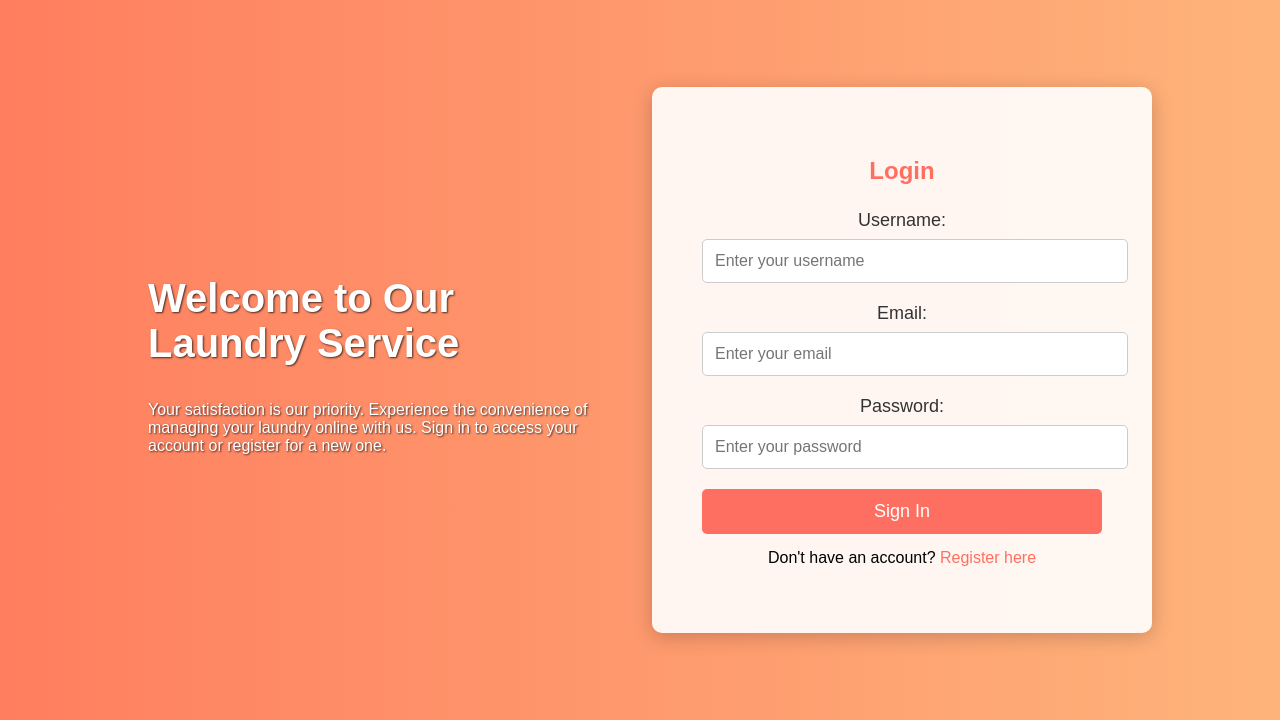
Repository: wmrmweerakoon/Online-Laundry-Management-System
Page: http://localhost/LaundryManagementSystem/Login.jsp
An editor plug-in stored every save of this project. The page is shown before and after the next save, followed by the edit.
The browser window is 1280 px wide. The pictures show the whole page.
The page is served by Tomcat 9. Other server files are loaded and not shown.

Above is the page before, as saved 2024-10-07 08:10:04.

### Projects/LaundryManagementSystem/src/main/webapp/Login.jsp
<%@ page language="java" contentType="text/html; charset=UTF-8" pageEncoding="UTF-8"%>
<!DOCTYPE html>
<html lang="en">
<head>
    <meta charset="UTF-8">
    <meta name="viewport" content="width=device-width, initial-scale=1.0">
    <title>Login - Online Laundry Management System</title>
    <link rel="stylesheet" href="CSS/Login.css">
</head>
<body>
    <div class="login-background">
        <div class="content-container">
            <div class="text-content">
                <h1>Welcome to Our Laundry Service</h1>
                <p>Your satisfaction is our priority. Experience the convenience of managing your laundry online with us. Sign in to access your account or register for a new one.</p>
            </div>
            <div class="login-container">
                <h2>Login</h2>

                <%-- Display error message if exists --%>
                <div style="text-align: center; margin-bottom: 10px;">
                    <%
                        String errorMessage = (String) request.getAttribute("errorMessage");
                        if (errorMessage != null) {
                    %>
                        <div style="color: red; font-weight: bold;">
                            <%= errorMessage %>
                        </div>
                    <%
                        }
                    %>
                </div>

                <form id="loginForm" action="LoginServlet" method="POST" onsubmit="return validateForm()">
                    <div class="form-group">
                        <label for="username">Username:</label>
                        <input type="text" id="username" name="username" placeholder="Enter your username">
                        <span class="error" id="usernameError"></span>
                    </div>
                    <div class="form-group">
                        <label for="email">Email:</label>
                        <input type="email" id="email" name="email" placeholder="Enter your email">
                        <span class="error" id="emailError"></span>
                    </div>
                    <div class="form-group">
                        <label for="password">Password:</label>
                        <input type="password" id="password" name="password" placeholder="Enter your password">
                        <span class="error" id="passwordError"></span>
                    </div>
                    <button type="submit">Sign In</button>
                </form>
                <p>Don't have an account? <a href="Register.jsp">Register here</a></p>
            </div>
        </div>
    </div>

    <script>
        function validateForm() {
            let isValid = true;

            // Get form fields
            const username = document.getElementById('username').value.trim();
            const email = document.getElementById('email').value.trim();
            const password = document.getElementById('password').value.trim();

            // Get error message spans
            const usernameError = document.getElementById('usernameError');
            const emailError = document.getElementById('emailError');
            const passwordError = document.getElementById('passwordError');

            // Clear previous error messages
            usernameError.textContent = '';
            emailError.textContent = '';
            passwordError.textContent = '';

            // Username validation
            if (username === '') {
                usernameError.textContent = 'Username is required.';
                isValid = false;
            }

            // Email validation
            const emailPattern = /^[^ ]+@[^ ]+\.[a-z]{2,3}$/;
            if (email === '') {
                emailError.textContent = 'Email is required.';
                isValid = false;
            } else if (!email.match(emailPattern)) {
                emailError.textContent = 'Enter a valid email address.';
                isValid = false;
            }

            // Password validation
            if (password === '') {
                passwordError.textContent = 'Password is required.';
                isValid = false;
            }

            return isValid;
        }
    </script>
</body>
</html>

### Projects/LaundryManagementSystem/src/main/webapp/CSS/Login.css
body {
    font-family: 'Arial', sans-serif;
    margin: 0;
    padding: 0;
}

.login-background {
    background: linear-gradient(to right, #ff7e5f, #feb47b); /* Colorful gradient */
    display: flex;
    justify-content: center;
    align-items: center;
    height: 100vh;
    position: relative;
}

.content-container {
    display: flex;
    width: 80%; /* Adjust as needed */
    max-width: 1200px; /* Optional max width */
}

.text-content {
    flex: 1; /* Take up remaining space */
    color: #fff; /* Text color for better visibility */
    padding: 20px; /* Padding around text */
    display: flex;
    flex-direction: column;
    justify-content: center; /* Center vertically */
    text-shadow: 1px 1px 2px rgba(0, 0, 0, 0.7); /* Subtle shadow for better visibility */
}

h1 {
    font-size: 2.5em;
    margin-bottom: 20px;
}

.login-container {
    background-color: rgba(255, 255, 255, 0.9); /* Slightly transparent for a modern look */
    padding: 50px;
    border-radius: 10px;
    box-shadow: 0 4px 20px rgba(0, 0, 0, 0.2);
    width: 400px;
    margin-left: 20px; /* Space between text and login form */
    text-align: center; /* Center content */
}

h2 {
    color: #ff6f61;
    margin-bottom: 25px;
}

.form-group {
    margin-bottom: 20px;
}

label {
    font-size: 18px;
    color: #333;
}

input[type="text"],
input[type="email"],
input[type="password"] {
    width: 100%;
    padding: 12px;
    margin-top: 8px;
    border: 1px solid #ccc;
    border-radius: 5px;
    font-size: 16px;
    transition: border-color 0.3s;
}

input:focus {
    border-color: #ff6f61; /* Highlight border color on focus */
}

button {
    width: 100%;
    padding: 12px;
    background-color: #ff6f61;
    color: #fff;
    border: none;
    border-radius: 5px;
    font-size: 18px;
    cursor: pointer;
    transition: background-color 0.3s;
}

button:hover {
    background-color: #ff4824;
}

.error {
    color: red;
    font-size: 14px;
    margin-top: 5px;
}

p {
    margin-top: 15px;
}

p a {
    color: #ff6f61;
    text-decoration: none;
}

p a:hover {
    text-decoration: underline;
}

After the next save:
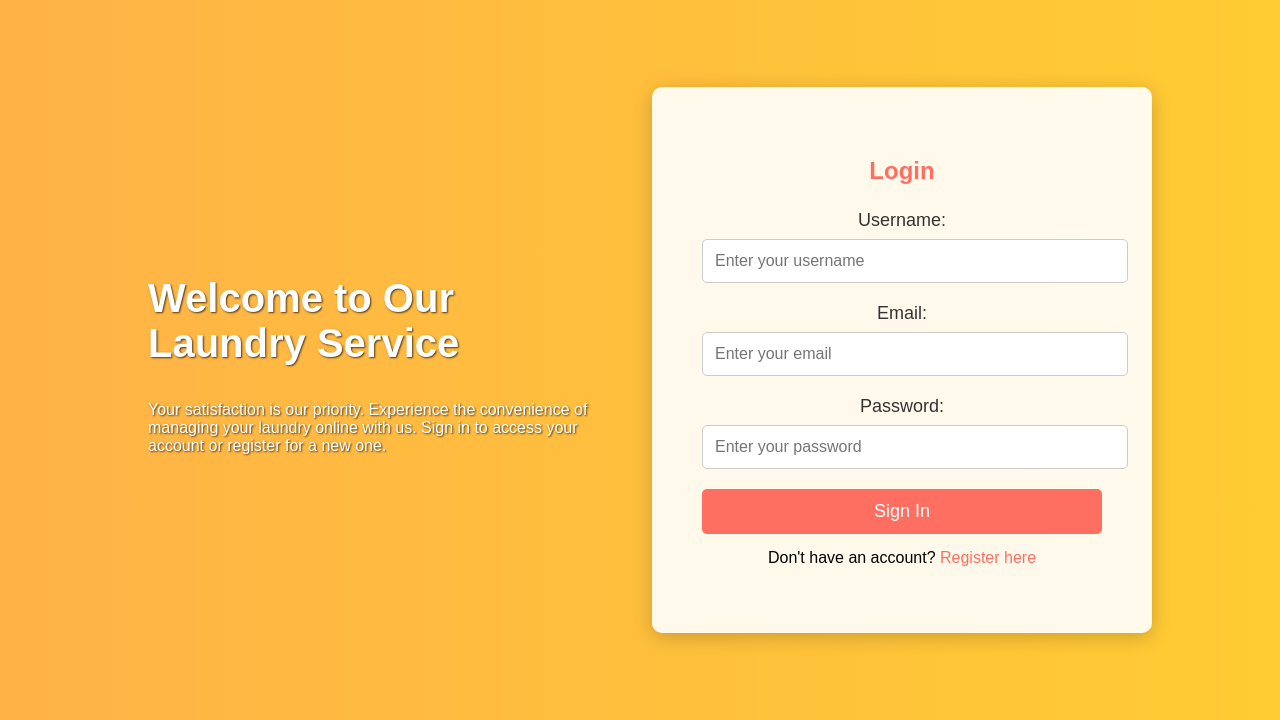
Saved 3 min 3 s later.
--- a/Projects/LaundryManagementSystem/src/main/webapp/CSS/Login.css
+++ b/Projects/LaundryManagementSystem/src/main/webapp/CSS/Login.css
@@ -5,13 +5,14 @@
 }
 
 .login-background {
-    background: linear-gradient(to right, #ff7e5f, #feb47b); /* Colorful gradient */
+    background: linear-gradient(to right, #ffb347, #ffcc33); /* Softer gradient */
     display: flex;
     justify-content: center;
     align-items: center;
     height: 100vh;
     position: relative;
 }
+
 
 .content-container {
     display: flex;

After the save that followed:
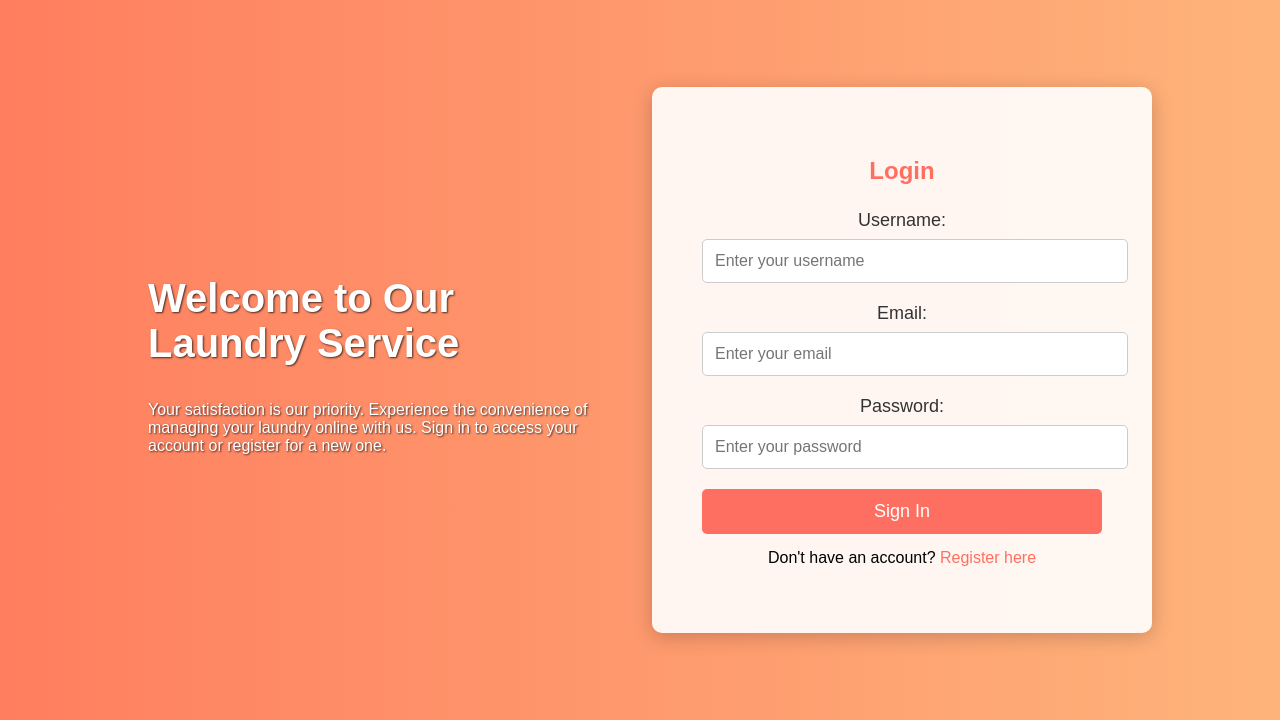
Saved 24 s later.
--- a/Projects/LaundryManagementSystem/src/main/webapp/CSS/Login.css
+++ b/Projects/LaundryManagementSystem/src/main/webapp/CSS/Login.css
@@ -5,14 +5,13 @@
 }
 
 .login-background {
-    background: linear-gradient(to right, #ffb347, #ffcc33); /* Softer gradient */
+    background: linear-gradient(to right, #ff7e5f, #feb47b); /* Colorful gradient */
     display: flex;
     justify-content: center;
     align-items: center;
     height: 100vh;
     position: relative;
 }
-
 
 .content-container {
     display: flex;
